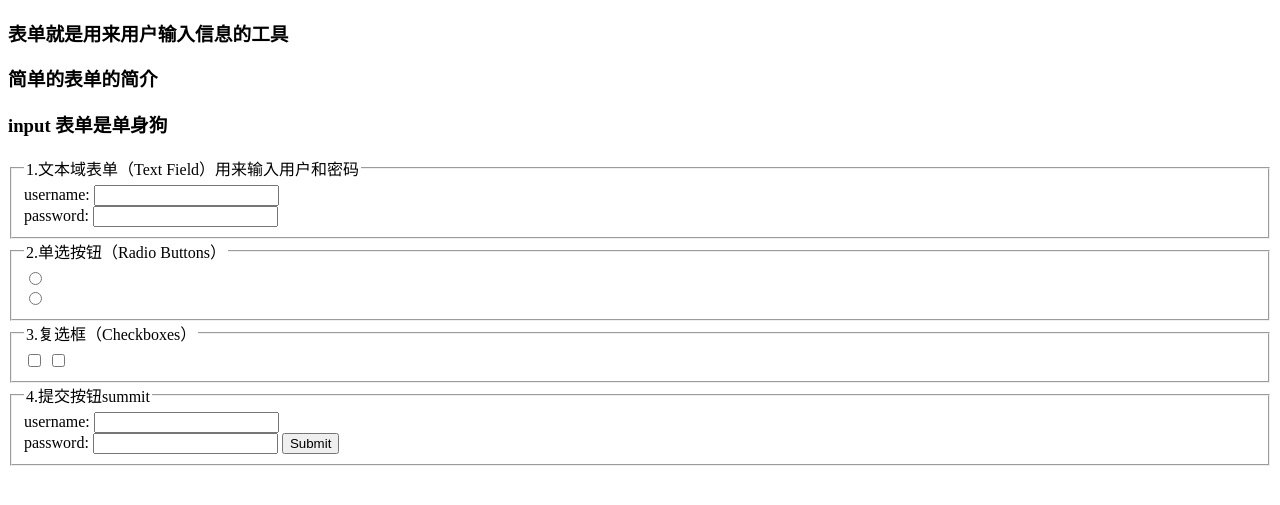
Repository: jarvanstack/vscode
Page: HTML/HTML中From表单.html
An editor plug-in stored every save of this project. The page is shown before and after the next save, followed by the edit.
The browser window is 1280 px wide. The pictures show the whole page.

Above is the page before, as saved 2020-06-11 09:53:29.

### HTML/HTML中From表单.html
<!DOCTYPE html>
<html lang="en">

<head>
    <meta charset="UTF-8">
    <meta name="viewport" content="width=device-width, initial-scale=1.0">
    <title>HTML中From表单</title>
    <style>
        fieldset
    </style>
</head>
<body>
    <h3>表单就是用来用户输入信息的工具</h3>
    <h3>简单的表单的简介</h3>
    <h3>input 表单是单身狗</h3>
    <form action="post">
        <fieldset>
            <legend>1.文本域表单（Text Field）用来输入用户和密码</legend>
            <span>
                username: <input type="text" name="username">
            </span>
            <br>
            <span>
                password: <input type="password" name="password">
            </span>
        </fieldset>
    </form>
    <form action="post">
        <fieldset>
            <legend>2.单选按钮（Radio Buttons）</legend>
            <span>
                <input type="radio" name="sex" value="男">
            </span>
            <br>
            <span>
                <input type="radio" name="sex" value="女">
            </span>
        </fieldset>
    </form>
    <form action="post">
        <fieldset>
            <legend>3.复选框（Checkboxes）</legend>
            <span>
                <input type="checkbox" name="like_things" value="apple" >
            </span>
            <span>
                <input type="checkbox" name="like_things" value="banana">
            </span>
        </fieldset>
    </form>
    <form action="post">
        <fieldset>
            <legend>4.提交按钮summit</legend>
            <span>
                username: <input type="text" name="username">
            </span>
            <br>
            <span>
                password: <input type="password" name="password">
            </span>
            <span>
                <input type="submit" name="submit">
            </span>
        </fieldset>
    </form>
</body>

</html>

After the next save:
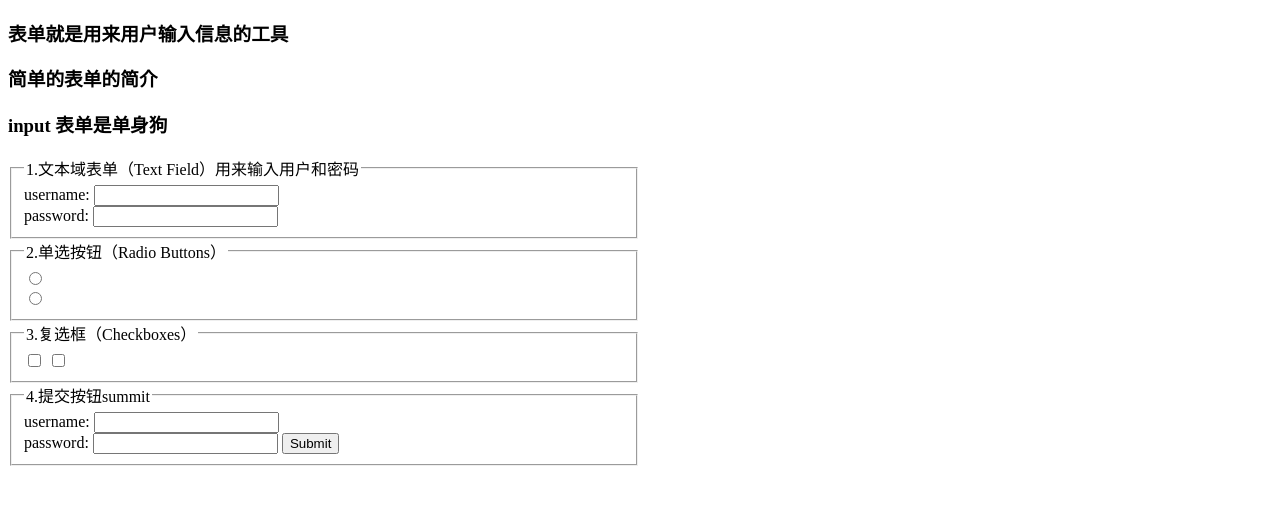
Saved 26 s later.
--- a/HTML/HTML中From表单.html
+++ b/HTML/HTML中From表单.html
@@ -7,6 +7,9 @@
     <title>HTML中From表单</title>
     <style>
         fieldset
+        {
+            width: 600px;
+        }
     </style>
 </head>
 <body>
